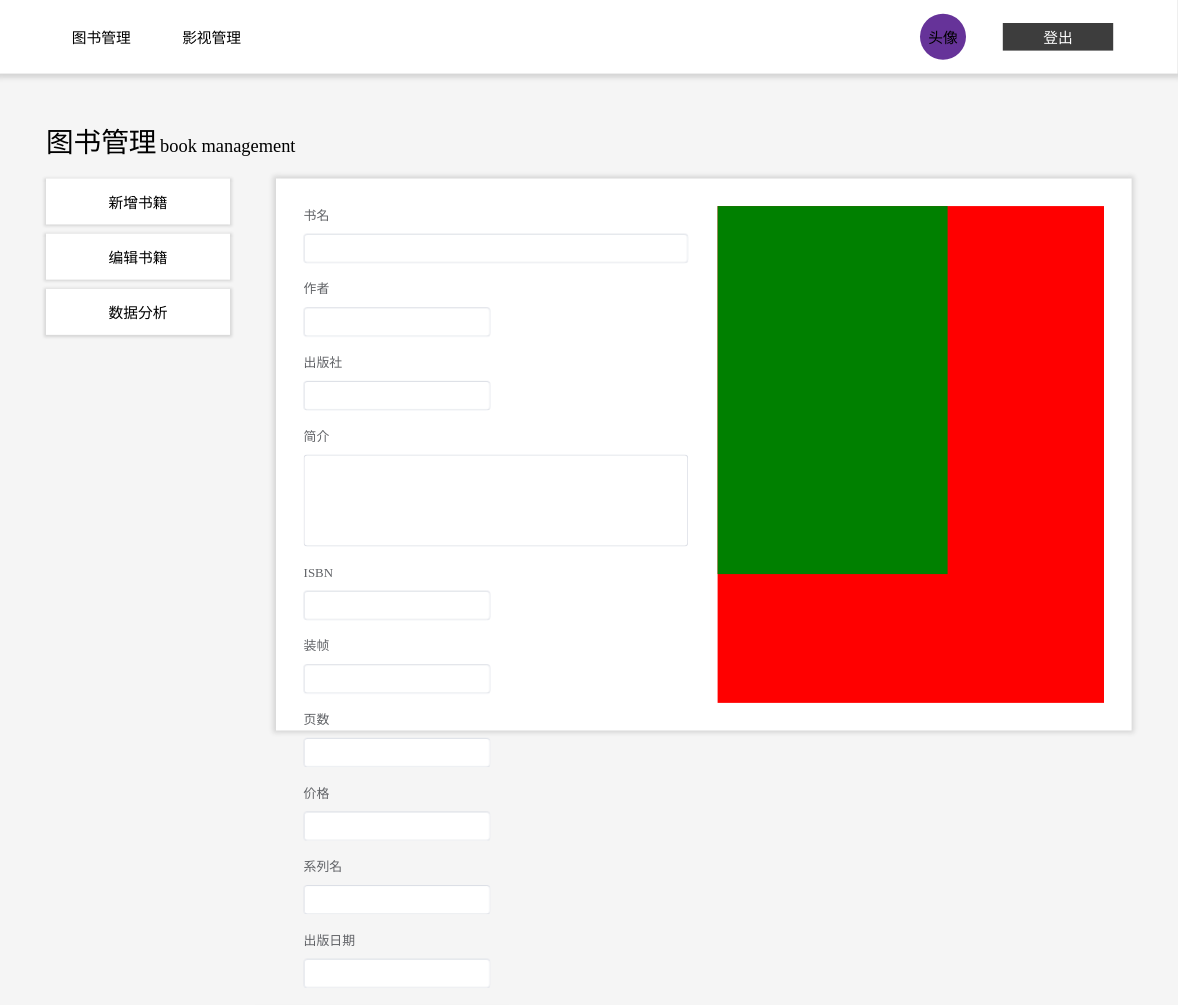
Repository: quanwangniuniu/Oasis-Reading-Platform
Page: /#/admin/books (app in Vue-frontend/)
The author's editor kept a copy of each file at every save. The page is drawn from the files as they stood at one save, then again after the next save.
The browser window is 1280 px wide. The pictures show the whole page, at 92% of full size.
Some web fonts or font styles are not loaded; a fallback is used. The project was rebuilt for these pictures with package versions that can differ from the ones it lists, and the page was loaded fresh each time. Also part of the build but not shown: Vue-frontend/vite.config.js, Vue-frontend/src/components/Test.vue, Vue-frontend/src/components/user/books/BookCard.vue, Vue-frontend/src/components/axios/config.js, Vue-frontend/src/components/axios/api.js, Vue-frontend/src/components/user/books/Books.vue, Vue-frontend/src/components/user/movies/Favourites.vue, Vue-frontend/src/components/user/explore/Explore.vue and 10 more.

Above is the page before, as saved 2023-04-13 16:48:10.

### Vue-frontend/index.html
<!DOCTYPE html>
<html lang="en">
  <head>
    <meta charset="UTF-8">
    <meta name="viewport" content="width=device-width, initial-scale=1.0">
    <title>Vite App</title>
    <style>
      *{
        padding: 0px;
        margin: 0px;
      }

      body{
        background-color: rgb(245, 245, 245);
      }
    </style>
  </head>
  <body>
    <div id="app"></div>
    <script type="module" src="/src/main.js"></script>
  </body>
</html>

### Vue-frontend/src/main.js
import { createApp } from 'vue'
import ElementPlus from 'element-plus'
import 'element-plus/dist/index.css'
import App from './App.vue'
import router from './components/router/router'
import * as ElementPlusIconsVue from '@element-plus/icons-vue'
import './assets/font/font.css'
import './assets/css/element.css'

const app = createApp(App)
app.use(router)
app.use(ElementPlus)
app.mount('#app')
for (const [key, component] of Object.entries(ElementPlusIconsVue)) {
    app.component(key, component)
  }

### Vue-frontend/src/App.vue
<script setup>
import Test from './components/Test.vue';
</script>

<template>
  <div>
    <router-view></router-view>
  </div>
</template>

<style scoped>
</style>

### Vue-frontend/src/components/router/router.js
import {createRouter, createWebHashHistory} from 'vue-router'
import Books from '../user/books/Books.vue'
import Movies from '../user/movies/Favourites.vue'
import Explore from '../user/explore/Explore.vue'
import Login from '../user/login/Login.vue'
import SpecificBook from '../user/books/SpecificBook.vue'
import User from '../User.vue'
import Admin from '../Admin.vue'
import UserInfo from '../user/info/UserInfo.vue'
import BookSearch from '../user/books/BookSearch.vue'
import Transit from '../user/books/Transit.vue'
import BookManagement from '../admin/bookManagement/BookManagement.vue'
import MovieManagement from '../admin/movieManagement/MovieManagement.vue'

import {checkUser} from './utils.js'

const router = createRouter({
    history: createWebHashHistory(),
    routes:[
        {path:'/user', component: User, alias:['/'], children:[
            {path:'books', component: Books},
            {path:'search',name:'search', component: BookSearch},
            {path:'transit',name:'transit', component: Transit},
            {path:'books/:id', component: SpecificBook,beforeEnter: checkUser},
            {path:'movies', component: Movies},
            {path:'explore', component: Explore},
            {path:'login', component: Login},
            {path:'info', component: UserInfo, beforeEnter: checkUser},
        ]},
        {path:'/admin', component: Admin,children:[
            {path:'books', component: BookManagement},
            {path:'movies', component: MovieManagement}
        ]}
    ]
})

export default router

### Vue-frontend/src/assets/font/font.css

  @font-face {
    font-family: siyuansongti;
    src: url(./Source_Han_Serif_SC_Light_Light.otf);
    font-weight: normal;
    font-style: normal;
  }

### Vue-frontend/src/assets/css/element.css
.el-textarea__inner{
    resize: none;
    height: 100px;
}

### Vue-frontend/src/components/Admin.vue
<script setup>
import BookManagementVue from './admin/bookManagement/BookManagement.vue';
import AdminHeader from './admin/header/AdminHeader.vue';
</script>

<template>
    <AdminHeader></AdminHeader>
    <router-view></router-view>
</template>

<style scoped>
</style>

### Vue-frontend/src/components/admin/bookManagement/BookManagement.vue
<script setup>
import LeftBar from './LeftBar.vue';
import {ref} from 'vue'


const bookItem = ref({
  title: '',
  author: '',
  publisher: '',
  ISBN: '',
  description: '',
  publish_year: '',
  page:'',
  binding: '',
  price:'',
  seriers:' '
})


</script>

<template>
  <div class="top-container">
    <div class="title">
      <span>图书管理</span>&nbsp;<span>book management</span>
    </div>
  </div>
  <div class="container">
      <LeftBar></LeftBar>
      <div class="panel">
        <div class="book-form">
          <el-form
            label-position="top"
            label-width="100px"
            :model="formLabelAlign"
            style="max-width: 460px"
            :inline="true"
          >
            <el-form-item label="书名" style="width:420px">
              <el-input v-model="bookItem.title" />
            </el-form-item>
            <el-form-item label="作者">
              <el-input v-model="bookItem.author" />
            </el-form-item>
            <el-form-item label="出版社">
              <el-input v-model="bookItem.publisher" />
            </el-form-item>
            <el-form-item label="简介" style="width:420px">
                <el-input v-model="bookItem.description" type="textarea"/>
            </el-form-item>
            <el-form-item label="ISBN">
              <el-input v-model="bookItem.ISBN" />
            </el-form-item>
            <el-form-item label="装帧">
              <el-input v-model="bookItem.binding" />
            </el-form-item>
            <el-form-item label="页数">
              <el-input v-model="bookItem.page" />
            </el-form-item>
            <el-form-item label="价格">
              <el-input v-model="bookItem.price" />
            </el-form-item>
            <el-form-item label="系列名">
              <el-input v-model="bookItem.price" />
            </el-form-item>
            <el-form-item label="出版日期">
              <el-input v-model="bookItem.price" />
            </el-form-item>
          </el-form>
        </div>

        <div class="book-upload">
          <div class="book-img">

          </div>
          <div class="upload">

          </div>
        </div>
      </div>
  </div>

</template>

<style scoped>
.top-container{
  margin: 50px 50px 0px 50px;
  display: flex;
  justify-content: space-between;
}

.title{
  width: 400px;
  font-family: siyuansongti;
}
.container{
  display: flex;
  margin: 20px 50px 0px 50px
}

.title span:nth-child(1){
  font-size: 30px;
}
.title span:nth-child(2){
  font-size: 20px;
}

.panel{
  box-sizing: border-box;
  flex: 1;
  height: 600px;
  background-color: white;
  box-shadow: 0 0 5px 3px rgb(214, 214, 214);
  padding: 30px;
  display: flex;
}

.book-form{
  width: 450px;
}

.book-upload{
  flex: 1;
  background-color: red;
}

.book-img{
  height: 400px;
  width: 250px;
  background-color: green;
}
</style>

### Vue-frontend/src/components/router/utils.js
export const checkUser = (from, to, next) => {
    if(localStorage.getItem('token') === null){
        next('/login')
    }else{
        next()
    }
}

### Vue-frontend/src/components/admin/header/AdminHeader.vue
<script setup>

let logout = () =>{
    localStorage.clear('token')
    localStorage.clear('type')
}

</script>

<template>
    <div>
        <div class="container">
            <div class="left">
                <div class="nav"><router-link to="/admin/books">图书管理</router-link></div>
                <div class="nav"><router-link to="/admin/movies">影视管理</router-link></div>
            </div>

            <div class="right">
                <div class="nav avata"><router-link to="/info">头像</router-link></div>
                <div class="nav login"><router-link to="/explore" @click="logout">登出</router-link></div>
            </div>

        </div>
    </div>

</template>

<style scoped>
.container{
    height: 80px;
    background-color: white;
    /* 边框模糊效果 */
    box-shadow: 0 0 5px 5px rgb(214, 214, 214);
    /* 开启flex布局 */
    display: flex;
    /* 设置元素靠右排列 */
    justify-content: space-between;
    /* 设置元素垂直居中 */
    align-items: center;
}

.left{
    display: flex;
    /* 设置元素垂直居中 */
    align-items: center;
    padding-left: 50px;
}

.right{
    display: flex;
    /* 设置元素垂直居中 */
    align-items: center;
    padding-right: 50px;
}

.nav{
    width: 80px;
    height: 30px;
    margin-left: 20px;
    margin-right: 20px;
    /* 设置nav内部a标签水平居中 */
    text-align: center;
    /* 开启flex局部 */
    display: flex;
    /* 设置nav内部a标签垂直居中 */
    align-items: center;
}

.nav a{
    width: 80px;
    /* 清除a标签默认样式 */
    text-decoration: none;
    color: black;

}

.login{
    width: 120px;
    background-color: rgb(61, 61, 61);
}

.login a{
    width: 1200px;
    color: white;
}

.avata{
    width: 50px;
    height: 50px;
    border-radius: 50%;
    background-color: rebeccapurple;
}


</style>

### Vue-frontend/src/components/admin/bookManagement/LeftBar.vue
<script setup>

</script>

<template>
    <div class="leftbar-container">
        <div class="card">
            新增书籍
        </div>
        <div class="card">
            编辑书籍
        </div>
        <div class="card">
            数据分析
        </div>
    </div>

</template>

<style scoped>
.leftbar-container{
    width: 250px;
    height: 600px;
}

.card{
    width: 200px;
    height: 50px;
    background: white;
    /* 设置卡片阴影 */
    box-shadow: 0px 1px 3px 2px rgb(214, 214, 214);
    /* 开启flex布局 文字水平垂直居中 */
    display: flex;
    justify-content: center;
    align-items:center;
    margin-bottom: 10px;
}

.card:hover{
    transform:scale(1.1);
}
</style>

After the next save:
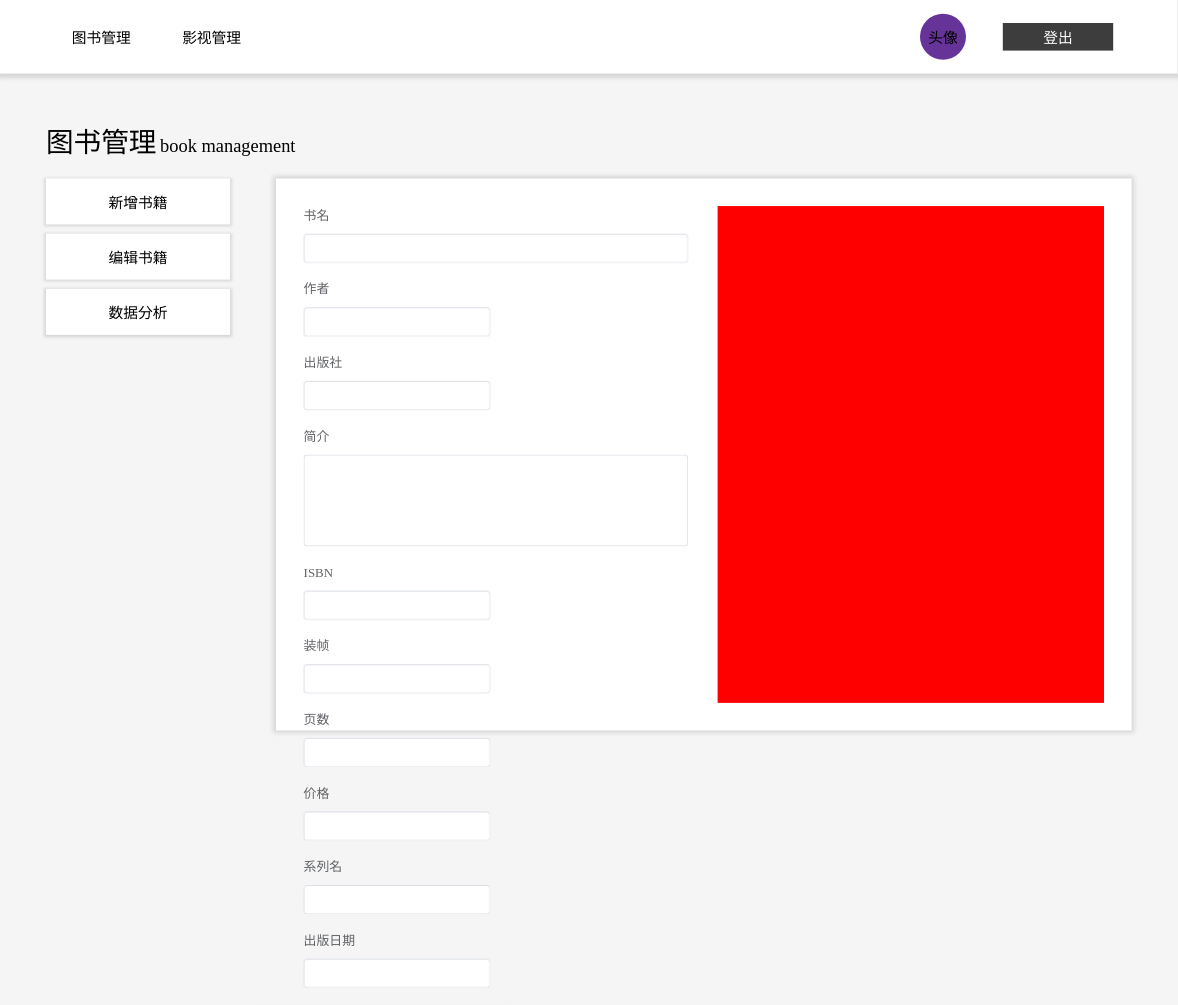
Saved 21 s later.
--- a/Vue-frontend/src/components/admin/bookManagement/BookManagement.vue
+++ b/Vue-frontend/src/components/admin/bookManagement/BookManagement.vue
@@ -70,7 +70,7 @@ const bookItem = ref({
         </div>
 
         <div class="book-upload">
-          <div class="book-img">
+          <div class="img-container">
 
           </div>
           <div class="upload">
